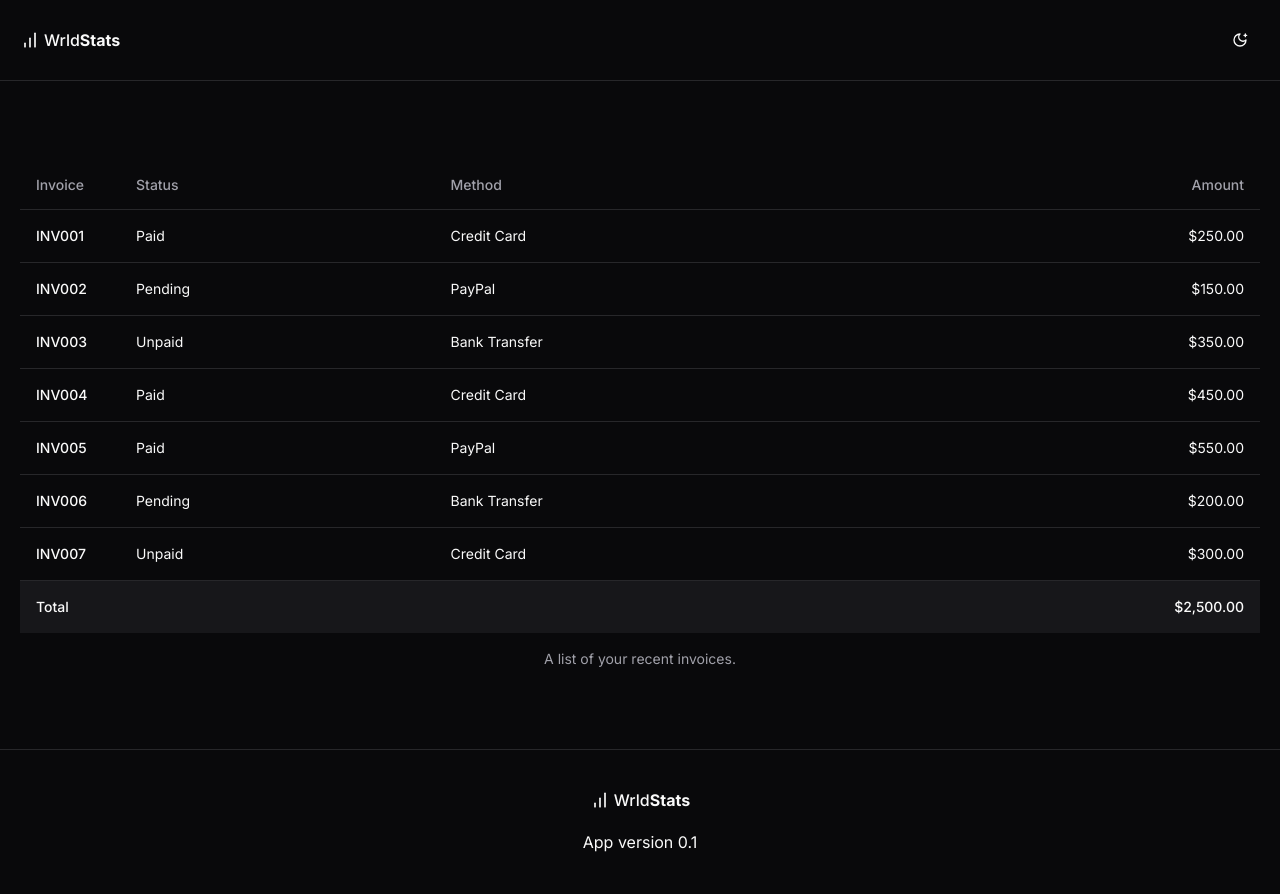
Repository: tushcmd/wrld-stats
Page: /
The author's editor kept a copy of each file at every save. The page is drawn from the files as they stood at one save, then again after the next save.
The browser window is 1280 px wide. The pictures show the whole page.
The project was rebuilt for these pictures with package versions that can differ from the ones it lists, and the page was loaded fresh each time. The framework's server and built-in components were replaced by stand-ins that run in the browser. Also part of the build but not shown: next.config.mjs.

Above is the page before, as saved 2024-04-21 15:28:45.

### app/layout.tsx
import './globals.css';
import { Inter } from 'next/font/google';

import { Metadata, Viewport } from 'next';
import siteMetadata from '../data/siteMetadata';

import Navbar from '@/components/shared/Navbar';
import Footer from '@/components/shared/Footer';
import AppProviders from '@/components/providers/AppProviders';

const inter = Inter({ subsets: ['latin'] });

export const viewport: Viewport = {
  width: 'device-width',
  initialScale: 1,
  maximumScale: 1,
};

export const metadata: Metadata = {
  metadataBase: new URL(siteMetadata.siteUrl),
  title: {
    default: siteMetadata.title,
    template: `%s | ${siteMetadata.title}`,
  },
  description: siteMetadata.description,
  openGraph: {
    title: siteMetadata.title,
    description: siteMetadata.description,
    url: './',
    siteName: siteMetadata.title,
    locale: 'en',
    type: 'website',
  },
  alternates: {
    canonical: './',
  },
  robots: {
    index: true,
    follow: true,
    googleBot: {
      index: true,
      follow: true,
      'max-video-preview': -1,
      'max-image-preview': 'large',
      'max-snippet': -1,
    },
  },
  twitter: {
    title: siteMetadata.title,
    card: 'summary_large_image',
  },
};

export default function RootLayout({ children }: { children: React.ReactNode }) {
  return (
    <html lang="en" suppressHydrationWarning>
      <body className={inter.className}>
        <AppProviders>
          <Navbar />
          {children}
          <Footer />
        </AppProviders>
      </body>
    </html>
  );
}

### app/page.tsx
import Hero from "@/components/Hero";

export default function Home() {
  return (
    <main className="page-container">
      <Hero />
    </main>
  );
}

### app/globals.css
@tailwind base;
@tailwind components;
@tailwind utilities;

@layer base {
  :root {
    --background: 0 0% 100%;
    --foreground: 240 10% 3.9%;

    --card: 0 0% 100%;
    --card-foreground: 240 10% 3.9%;

    --popover: 0 0% 100%;
    --popover-foreground: 240 10% 3.9%;

    --primary: 240 5.9% 10%;
    --primary-foreground: 0 0% 98%;

    --secondary: 240 4.8% 95.9%;
    --secondary-foreground: 240 5.9% 10%;

    --muted: 240 4.8% 95.9%;
    --muted-foreground: 240 3.8% 46.1%;

    --accent: 240 4.8% 95.9%;
    --accent-foreground: 240 5.9% 10%;

    --destructive: 0 84.2% 60.2%;
    --destructive-foreground: 0 0% 98%;

    --border: 240 5.9% 90%;
    --input: 240 5.9% 90%;
    --ring: 240 10% 3.9%;

    --radius: 0.5rem;
  }

  .dark {
    --background: 240 10% 3.9%;
    --foreground: 0 0% 98%;

    --card: 240 10% 3.9%;
    --card-foreground: 0 0% 98%;

    --popover: 240 10% 3.9%;
    --popover-foreground: 0 0% 98%;

    --primary: 0 0% 98%;
    --primary-foreground: 240 5.9% 10%;

    --secondary: 240 3.7% 15.9%;
    --secondary-foreground: 0 0% 98%;

    --muted: 240 3.7% 15.9%;
    --muted-foreground: 240 5% 64.9%;

    --accent: 240 3.7% 15.9%;
    --accent-foreground: 0 0% 98%;

    --destructive: 0 62.8% 30.6%;
    --destructive-foreground: 0 0% 98%;

    --border: 240 3.7% 15.9%;
    --input: 240 3.7% 15.9%;
    --ring: 240 4.9% 83.9%;
  }

}

@layer base {
  * {
    @apply border-border;
  }
  body {
    @apply bg-background text-foreground;
  }
}

@layer components {

  /* FONT SIZES */
  .h1 {
		@apply text-5xl lg:text-6xl font-bold;
	}
	.h2 {
		@apply sm:text-3xl text-4xl font-bold;
	}
	.h3 {
		@apply text-2xl font-medium;
	}
	.h4 {
		@apply text-xl sm:text-lg font-normal;
	}

  /* LAYOUTS  */
	.layout-container {
		@apply container mx-auto px-5;
	}

	.page-container {
		@apply layout-container py-20 flex flex-col gap-16 max-w-7xl;
	}
}

### data/siteMetadata.ts
const siteMetada = {
        title: "Wrld Stats",
        author: "Tush",
        headerTitle: "Wrld Stats",
        description: "Visualiser for world stats in different countries",
        language: "en",
        theme: "system", // system, dark or light
        siteUrl: "https://tushdev.co/",
        siteLogo: "public/vercel.png",
        locale: "en",
}

export default siteMetada

### components/shared/Navbar.tsx
import React, { FC } from 'react';
import ThemeSwitcherButton from '../ui/ThemeSwitcher';
import Logo from './Logo';

const Navbar: FC = () => {
  return (
    <nav className="border-b py-5">
      <div className="layout-container flex justify-between items-center max-w-7xl">
        <Logo />
        <ThemeSwitcherButton />
      </div>
    </nav>
  );
};

export default Navbar;

### components/shared/Footer.tsx
import React, { FC } from 'react'
import Logo from './Logo'
import { APP_VERSION } from '@/lib/config'

const Footer: FC = () => {
  return (
    <footer className='border-t'>
        <div className='layout-container flex flex-col gap-5 items-center  justify-center py-10'>
            <Logo />
            <p>App version {APP_VERSION}</p>
        </div>

    </footer>
  )
}

export default Footer

### components/providers/AppProviders.tsx
'use client';

import { ThemeProvider } from 'next-themes';
import { FC, ReactNode } from 'react';

interface AppProvidersProps {
  children: ReactNode;
}


const AppProviders: FC<AppProvidersProps> = ({ children }) => {
  return (
    <>
      <ThemeProvider attribute="class" disableTransitionOnChange defaultTheme="dark" enableSystem>
        {children}

      </ThemeProvider>
    </>
  );
};

export default AppProviders;

### components/Hero.tsx

import React, { FC } from 'react'
import { TableDemo } from './list'


const Hero: FC = () => {
  return (
    <section className="flex flex-col items-center justify-center gap-5">


      <TableDemo />
    </section>
  )
}

export default Hero

### components/ui/ThemeSwitcher.tsx
"use client";

import { useTheme } from "next-themes";
import React, { FC, useEffect, useState } from "react";
import { SunIcon,  Laptop, MoonStarIcon } from "lucide-react";
import {
	DropdownMenu,
	DropdownMenuContent,
	DropdownMenuItem,
	DropdownMenuTrigger,
} from "./dropdown-menu";
import { Button } from "./button";

const themes = [
	{
		value: "light",
		label: "Light",
		icon: SunIcon,
	},
	{
		value: "dark",
		label: "Dark",
		icon: MoonStarIcon,
	},
	{
		value: "system",
		label: "System",
		icon: Laptop,
	},
];

const ThemeSwitcher: FC = () => {
  const [mounted, setMounted] = useState(false)
	const { theme, setTheme } = useTheme();
	const currentTheme = themes.find((t) => t.value === theme);
	const ThemeIcon = currentTheme?.icon

  useEffect(() => {
    setMounted(true)
  }, [])

	return mounted && (
		<div className="flex">
			<DropdownMenu  >
				<DropdownMenuTrigger asChild>
					<Button variant="ghost" size={"icon"}>{!!ThemeIcon && <ThemeIcon className="w-4 h-4"/>}</Button>
				</DropdownMenuTrigger>
				<DropdownMenuContent>
					{themes.map(({value, label}) => <DropdownMenuItem role="button" onClick={() => setTheme(value)} key={value}>{label}</DropdownMenuItem>)}
				</DropdownMenuContent>
			</DropdownMenu>
		</div>
	);
};

export default ThemeSwitcher;

### components/shared/Logo.tsx

import { URLS } from "@/lib/urls";
import { BarChart } from "lucide-react";
import Link from "next/link";
import React, { FC } from "react";

const Logo: FC = () => {
	return (
		<Link href={URLS.HOMEPAGE} className="flex items-center gap-1 component-focus rounded-md">
			<BarChart   className="w-5 h-5 fill-current" />
			<h1 className="inline-flex flex-col gap-0 leading-none font-medium">
				<p>Wrld<span className="font-bold">Stats</span></p>
			</h1>
		</Link>
	);
};

export default Logo;

### lib/config.ts
export const APP_VERSION = 0.1

### components/list.tsx
import {
    Table,
    TableBody,
    TableCaption,
    TableCell,
    TableFooter,
    TableHead,
    TableHeader,
    TableRow,
} from "@/components/ui/table"

const invoices = [
    {
        invoice: "INV001",
        paymentStatus: "Paid",
        totalAmount: "$250.00",
        paymentMethod: "Credit Card",
    },
    {
        invoice: "INV002",
        paymentStatus: "Pending",
        totalAmount: "$150.00",
        paymentMethod: "PayPal",
    },
    {
        invoice: "INV003",
        paymentStatus: "Unpaid",
        totalAmount: "$350.00",
        paymentMethod: "Bank Transfer",
    },
    {
        invoice: "INV004",
        paymentStatus: "Paid",
        totalAmount: "$450.00",
        paymentMethod: "Credit Card",
    },
    {
        invoice: "INV005",
        paymentStatus: "Paid",
        totalAmount: "$550.00",
        paymentMethod: "PayPal",
    },
    {
        invoice: "INV006",
        paymentStatus: "Pending",
        totalAmount: "$200.00",
        paymentMethod: "Bank Transfer",
    },
    {
        invoice: "INV007",
        paymentStatus: "Unpaid",
        totalAmount: "$300.00",
        paymentMethod: "Credit Card",
    },
]

export function TableDemo() {
    return (
        <Table>
            <TableCaption>A list of your recent invoices.</TableCaption>
            <TableHeader>
                <TableRow>
                    <TableHead className="w-[100px]">Invoice</TableHead>
                    <TableHead>Status</TableHead>
                    <TableHead>Method</TableHead>
                    <TableHead className="text-right">Amount</TableHead>
                </TableRow>
            </TableHeader>
            <TableBody>
                {invoices.map((invoice) => (
                    <TableRow key={invoice.invoice}>
                        <TableCell className="font-medium">{invoice.invoice}</TableCell>
                        <TableCell>{invoice.paymentStatus}</TableCell>
                        <TableCell>{invoice.paymentMethod}</TableCell>
                        <TableCell className="text-right">{invoice.totalAmount}</TableCell>
                    </TableRow>
                ))}
            </TableBody>
            <TableFooter>
                <TableRow>
                    <TableCell colSpan={3}>Total</TableCell>
                    <TableCell className="text-right">$2,500.00</TableCell>
                </TableRow>
            </TableFooter>
        </Table>
    )
}



//import React from 'react'
//
//const List = () => {
//  return (
//    <div>List</div>
//  )
//}
//
//export default List

### components/ui/button.tsx
import * as React from "react"
import { Slot } from "@radix-ui/react-slot"
import { cva, type VariantProps } from "class-variance-authority"

import { cn } from "@/lib/utils"

const buttonVariants = cva(
  "inline-flex items-center justify-center whitespace-nowrap rounded-md text-sm font-medium ring-offset-background transition-colors focus-visible:outline-none focus-visible:ring-2 focus-visible:ring-ring focus-visible:ring-offset-2 disabled:pointer-events-none disabled:opacity-50",
  {
    variants: {
      variant: {
        default: "bg-primary text-primary-foreground hover:bg-primary/90",
        destructive:
          "bg-destructive text-destructive-foreground hover:bg-destructive/90",
        outline:
          "border border-input bg-background hover:bg-accent hover:text-accent-foreground",
        secondary:
          "bg-secondary text-secondary-foreground hover:bg-secondary/80",
        ghost: "hover:bg-accent hover:text-accent-foreground",
        link: "text-primary underline-offset-4 hover:underline",
      },
      size: {
        default: "h-10 px-4 py-2",
        sm: "h-9 rounded-md px-3",
        lg: "h-11 rounded-md px-8",
        icon: "h-10 w-10",
      },
    },
    defaultVariants: {
      variant: "default",
      size: "default",
    },
  }
)

export interface ButtonProps
  extends React.ButtonHTMLAttributes<HTMLButtonElement>,
    VariantProps<typeof buttonVariants> {
  asChild?: boolean
}

const Button = React.forwardRef<HTMLButtonElement, ButtonProps>(
  ({ className, variant, size, asChild = false, ...props }, ref) => {
    const Comp = asChild ? Slot : "button"
    return (
      <Comp
        className={cn(buttonVariants({ variant, size, className }))}
        ref={ref}
        {...props}
      />
    )
  }
)
Button.displayName = "Button"

export { Button, buttonVariants }

### lib/urls.ts
export enum URLS {
    HOMEPAGE = "/"
}

### components/ui/table.tsx
import * as React from "react"

import { cn } from "@/lib/utils"

const Table = React.forwardRef<
  HTMLTableElement,
  React.HTMLAttributes<HTMLTableElement>
>(({ className, ...props }, ref) => (
  <div className="relative w-full overflow-auto">
    <table
      ref={ref}
      className={cn("w-full caption-bottom text-sm", className)}
      {...props}
    />
  </div>
))
Table.displayName = "Table"

const TableHeader = React.forwardRef<
  HTMLTableSectionElement,
  React.HTMLAttributes<HTMLTableSectionElement>
>(({ className, ...props }, ref) => (
  <thead ref={ref} className={cn("[&_tr]:border-b", className)} {...props} />
))
TableHeader.displayName = "TableHeader"

const TableBody = React.forwardRef<
  HTMLTableSectionElement,
  React.HTMLAttributes<HTMLTableSectionElement>
>(({ className, ...props }, ref) => (
  <tbody
    ref={ref}
    className={cn("[&_tr:last-child]:border-0", className)}
    {...props}
  />
))
TableBody.displayName = "TableBody"

const TableFooter = React.forwardRef<
  HTMLTableSectionElement,
  React.HTMLAttributes<HTMLTableSectionElement>
>(({ className, ...props }, ref) => (
  <tfoot
    ref={ref}
    className={cn(
      "border-t bg-muted/50 font-medium [&>tr]:last:border-b-0",
      className
    )}
    {...props}
  />
))
TableFooter.displayName = "TableFooter"

const TableRow = React.forwardRef<
  HTMLTableRowElement,
  React.HTMLAttributes<HTMLTableRowElement>
>(({ className, ...props }, ref) => (
  <tr
    ref={ref}
    className={cn(
      "border-b transition-colors hover:bg-muted/50 data-[state=selected]:bg-muted",
      className
    )}
    {...props}
  />
))
TableRow.displayName = "TableRow"

const TableHead = React.forwardRef<
  HTMLTableCellElement,
  React.ThHTMLAttributes<HTMLTableCellElement>
>(({ className, ...props }, ref) => (
  <th
    ref={ref}
    className={cn(
      "h-12 px-4 text-left align-middle font-medium text-muted-foreground [&:has([role=checkbox])]:pr-0",
      className
    )}
    {...props}
  />
))
TableHead.displayName = "TableHead"

const TableCell = React.forwardRef<
  HTMLTableCellElement,
  React.TdHTMLAttributes<HTMLTableCellElement>
>(({ className, ...props }, ref) => (
  <td
    ref={ref}
    className={cn("p-4 align-middle [&:has([role=checkbox])]:pr-0", className)}
    {...props}
  />
))
TableCell.displayName = "TableCell"

const TableCaption = React.forwardRef<
  HTMLTableCaptionElement,
  React.HTMLAttributes<HTMLTableCaptionElement>
>(({ className, ...props }, ref) => (
  <caption
    ref={ref}
    className={cn("mt-4 text-sm text-muted-foreground", className)}
    {...props}
  />
))
TableCaption.displayName = "TableCaption"

export {
  Table,
  TableHeader,
  TableBody,
  TableFooter,
  TableHead,
  TableRow,
  TableCell,
  TableCaption,
}

### tailwind.config.ts
import type { Config } from "tailwindcss"


const config = {
  darkMode: ["class"],
  content: [
    './pages/**/*.{ts,tsx}',
    './components/**/*.{ts,tsx}',
    './app/**/*.{ts,tsx}',
    './src/**/*.{ts,tsx}',
	],
  prefix: "",
  theme: {
    container: {
      center: true,
      padding: "2rem",
      screens: {
        "2xl": "1400px",
      },
    },
    extend: {
      colors: {
        border: "hsl(var(--border))",
        input: "hsl(var(--input))",
        ring: "hsl(var(--ring))",
        background: "hsl(var(--background))",
        foreground: "hsl(var(--foreground))",
        primary: {
          DEFAULT: "hsl(var(--primary))",
          foreground: "hsl(var(--primary-foreground))",
        },
        secondary: {
          DEFAULT: "hsl(var(--secondary))",
          foreground: "hsl(var(--secondary-foreground))",
        },
        destructive: {
          DEFAULT: "hsl(var(--destructive))",
          foreground: "hsl(var(--destructive-foreground))",
        },
        muted: {
          DEFAULT: "hsl(var(--muted))",
          foreground: "hsl(var(--muted-foreground))",
        },
        accent: {
          DEFAULT: "hsl(var(--accent))",
          foreground: "hsl(var(--accent-foreground))",
        },
        popover: {
          DEFAULT: "hsl(var(--popover))",
          foreground: "hsl(var(--popover-foreground))",
        },
        card: {
          DEFAULT: "hsl(var(--card))",
          foreground: "hsl(var(--card-foreground))",
        },
      },
      borderRadius: {
        lg: "var(--radius)",
        md: "calc(var(--radius) - 2px)",
        sm: "calc(var(--radius) - 4px)",
      },
      keyframes: {
        "accordion-down": {
          from: { height: "0" },
          to: { height: "var(--radix-accordion-content-height)" },
        },
        "accordion-up": {
          from: { height: "var(--radix-accordion-content-height)" },
          to: { height: "0" },
        },
      },
      animation: {
        "accordion-down": "accordion-down 0.2s ease-out",
        "accordion-up": "accordion-up 0.2s ease-out",
      },
    },
  },
  plugins: [require("tailwindcss-animate")],
} satisfies Config

export default config

const BREAKPOINTS = {
	SM: {
		MIN: 0,
		MAX: 1024,
	},
	LG: {
		MIN: 1025,
		MAX: 1920,
	},
};

Loaded but not shown: lib/utils.ts (common file); components/ui/dropdown-menu.tsx (200 lines, source omitted)

After the next save:
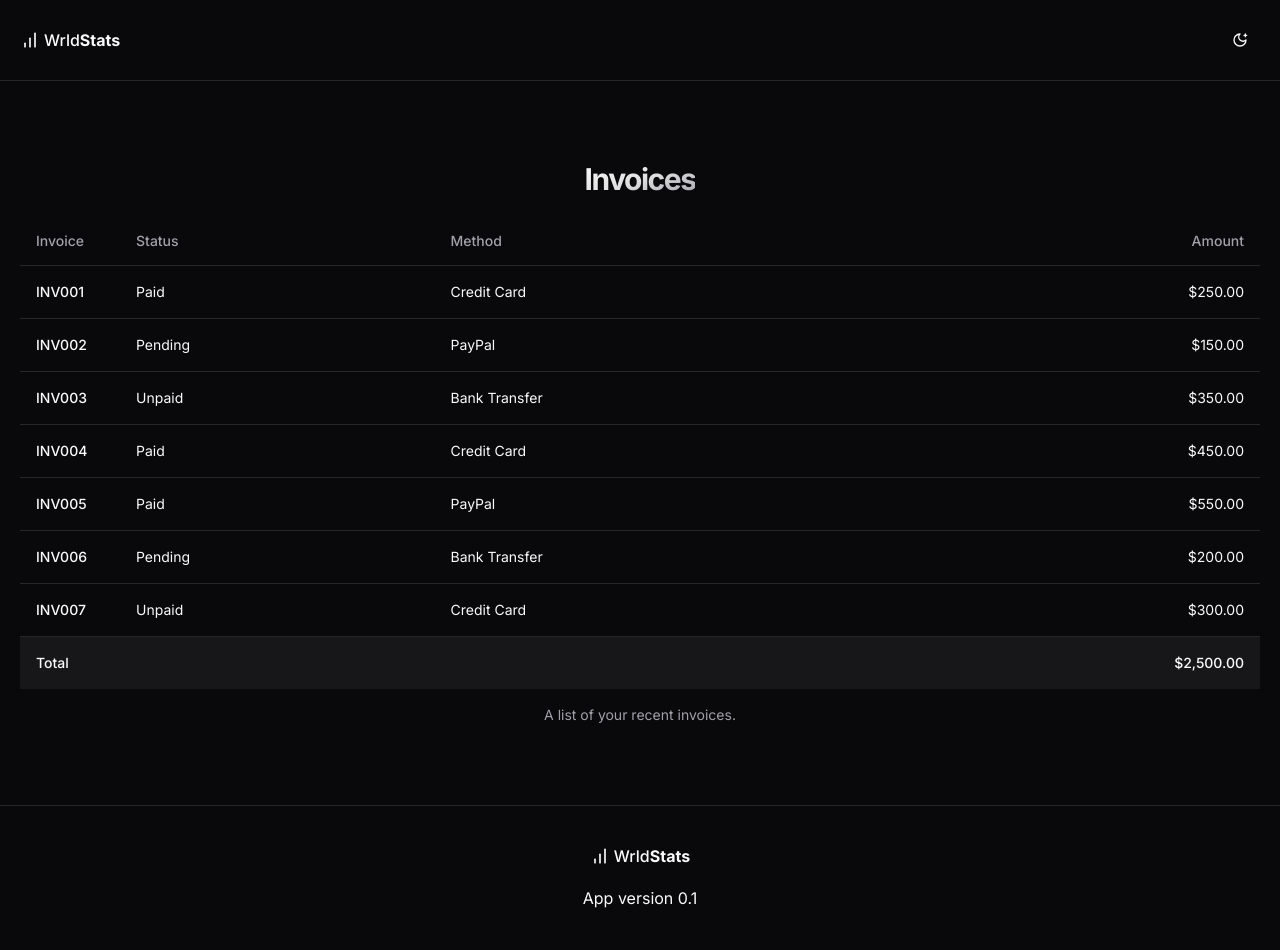
Saved 29 min 36 s later.
--- a/components/Hero.tsx
+++ b/components/Hero.tsx
@@ -6,7 +6,9 @@ import { TableDemo } from './list'
 const Hero: FC = () => {
   return (
     <section className="flex flex-col items-center justify-center gap-5">
-
+      <div>
+        <p className='text-lg lg:text-3xl tracking-tighter font-bold bg-gradient-to-br from-foreground via-secondary-foreground/90 to-muted-foreground bg-clip-text text-transparent drop-shadow-sm'>Invoices</p>
+      </div>
 
       <TableDemo />
     </section>
